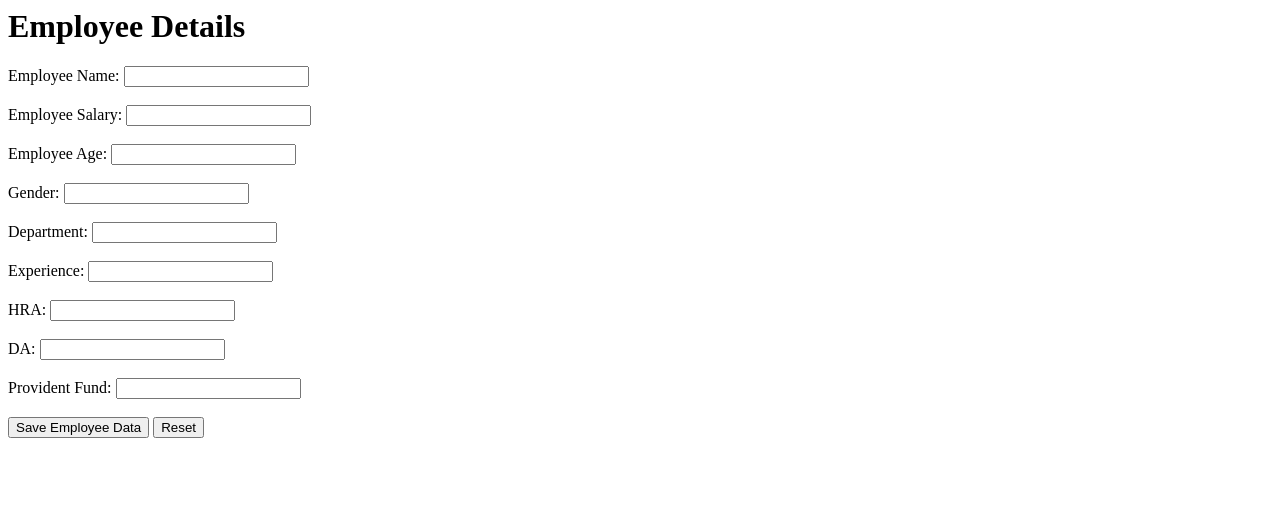
Repository: Lathadasari3010/SoftwareExamples
Page: http://localhost/add-employee
These files come from the project's save history. The page is drawn as it stood at one moment and after the next save; the edit follows.
The browser window is 1280 px wide. The pictures show the whole page.
The page is this project's Thymeleaf template; nobody is signed in. The template is opened directly, without the code that normally fills it, so the values that code supplies are empty.

Above is the page before, as saved 2024-12-21 13:24:29.

### SpringBoot-1/src/main/resources/templates/add-employee.html
<html>
	<head>
		<title>Employee Form</title>
	</head>
	<body>
		<h1>Employee Details</h1>
			<form th:action="@{/saveEmployee}" method="post">
			        <label > Employee Name:</label>
			        <input type="text" name="name" required><br><br>

			        <label >Employee Salary:</label>
			        <input type="number" name="salary" required><br><br>

			        <label >Employee Age:</label>
			        <input type="number" name="age" required><br><br>

					<label > Gender:</label>
				    <input type="text" name="gender" required><br><br>


			        <label >Department:</label>
			        <input type="text" name="department" required><br><br>

			        <label >Experience:</label>
			        <input type="text" name="experience" required><br><br>

					<label >HRA:</label>
				    <input type="number" name="hra" required><br><br>

					<label >DA:</label>
					<input type="number" name="da" required><br><br>

					<label >Provident Fund:</label>
				    <input type="number" name="pf" required><br><br>




			        <button type="submit">Save Employee Data</button>
					<button type="reset">Reset</button>
		</form>
	</body>
</html>

After the next save:
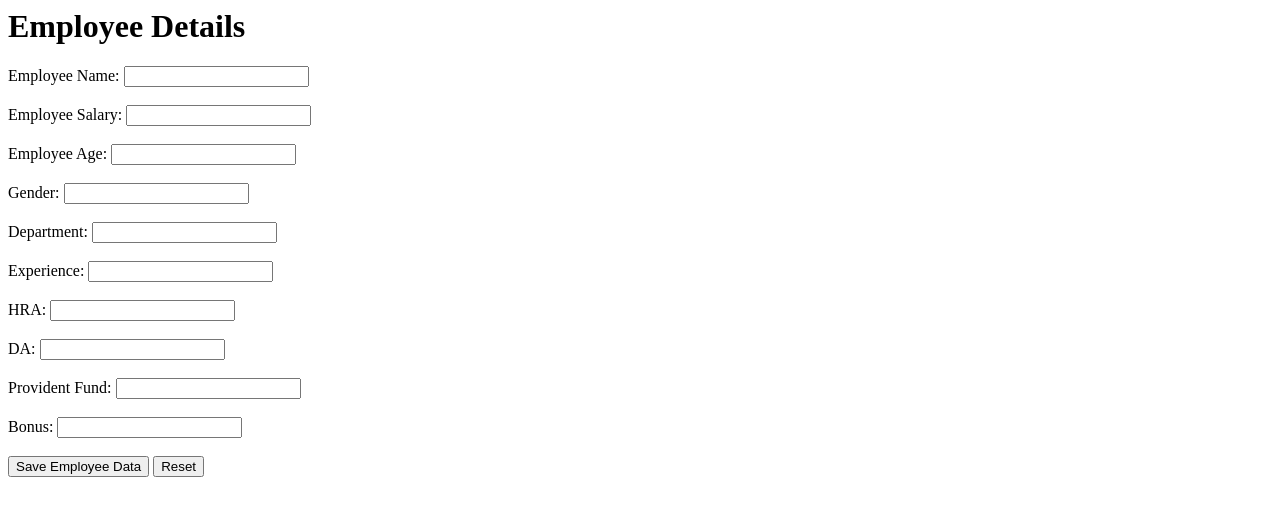
Saved 100 s later.
--- a/SpringBoot-1/src/main/resources/templates/add-employee.html
+++ b/SpringBoot-1/src/main/resources/templates/add-employee.html
@@ -33,6 +33,9 @@
 					<label >Provident Fund:</label>
 				    <input type="number" name="pf" required><br><br>
 
+					<label >Bonus:</label>
+					<input type="number" name="bonus" required><br><br>
+
 
 
 
